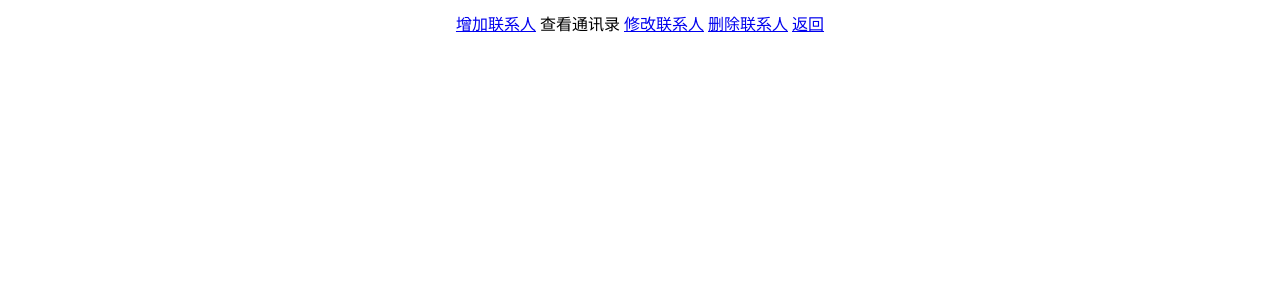
Repository: zy840055899/old-workspace
Page: http://localhost/PIMS/friendManager/lookFriend.jsp
An editor plug-in stored every save of this project. The page is shown before and after the next save, followed by the edit.
The browser window is 1280 px wide. The pictures show the whole page.
The page is served by Tomcat 9. Other server files are loaded and not shown.

Above is the page before, as saved 2014-03-13 06:45:55.

### PIMS/WebContent/friendManager/lookFriend.jsp
<%@ page language="java" contentType="text/html; charset=UTF-8"
    pageEncoding="UTF-8"%>
<!DOCTYPE html PUBLIC "-//W3C//DTD HTML 4.01 Transitional//EN" "http://www.w3.org/TR/html4/loose.dtd">
<html>
<head>
<meta http-equiv="Content-Type" content="text/html; charset=UTF-8">
<title>个人信息管理系统--查看通讯录</title>
</head>
<body>

<center>

<table>

<tr>
<td><a href="http://localhost:8080/PIMS/friendManager/addFriend.jsp">增加联系人</a></td>
<td>查看通讯录</td>
<td><a href="http://localhost:8080/PIMS/friendManager/updateFriend.jsp">修改联系人</a></td>
<td><a href="http://localhost:8080/PIMS/friendManager/deleteFriend.jsp">删除联系人</a></td>
<td><a href="http://localhost:8080/PIMS/main/main.jsp">返回</a></td>
</tr>

</table>


















</center>








</body>
</html>

After the next save:
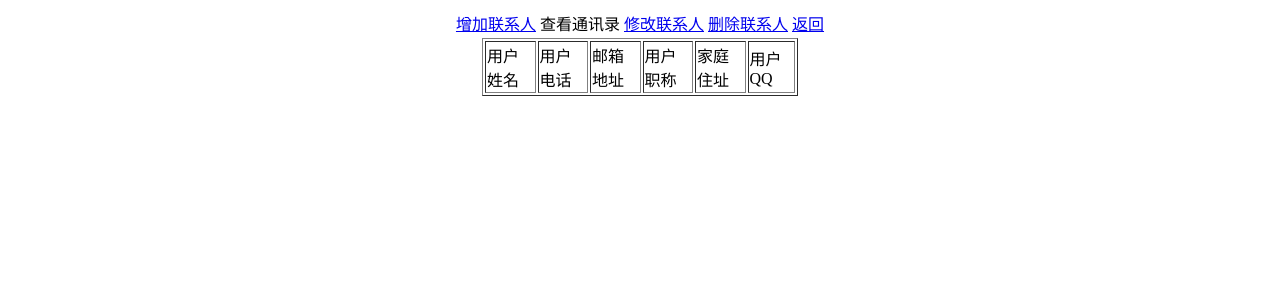
Saved 2 min 50 s later.
--- a/PIMS/WebContent/friendManager/lookFriend.jsp
+++ b/PIMS/WebContent/friendManager/lookFriend.jsp
@@ -22,7 +22,26 @@
 
 </table>
 
+<table border="1" width="25%">
 
+<tr>
+<td>用户姓名</td>
+<td>用户电话</td>
+<td>邮箱地址</td>
+<td>用户职称</td>
+<td>家庭住址</td>
+<td>用户QQ</td>
+</tr>
+
+
+
+
+
+
+
+
+
+</table>
 
 
 
